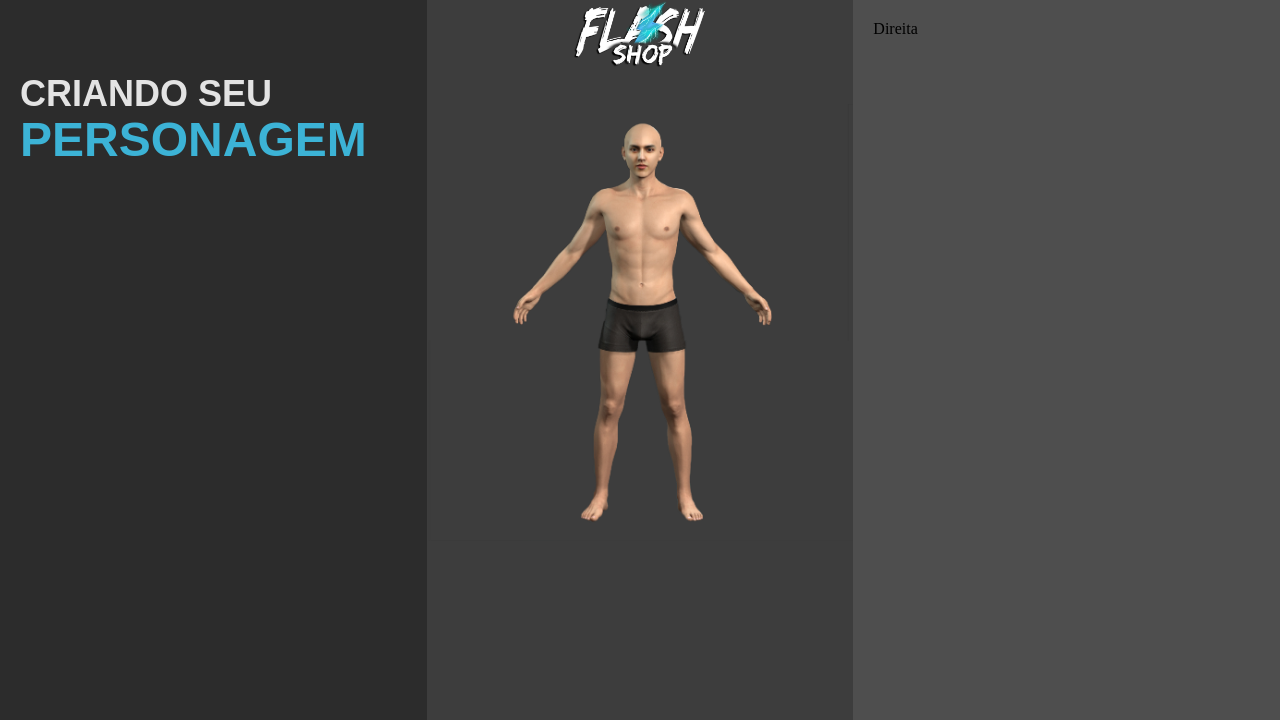
Repository: DuMCorrea/CriandoPerso
Page: index.html
These files come from the project's save history. The page is drawn as it stood at one moment and after the next save; the edit follows.
The browser window is 1280 px wide. The pictures show the whole page.

Above is the page before, as saved 2024-08-27 20:53:47.

After the next save:
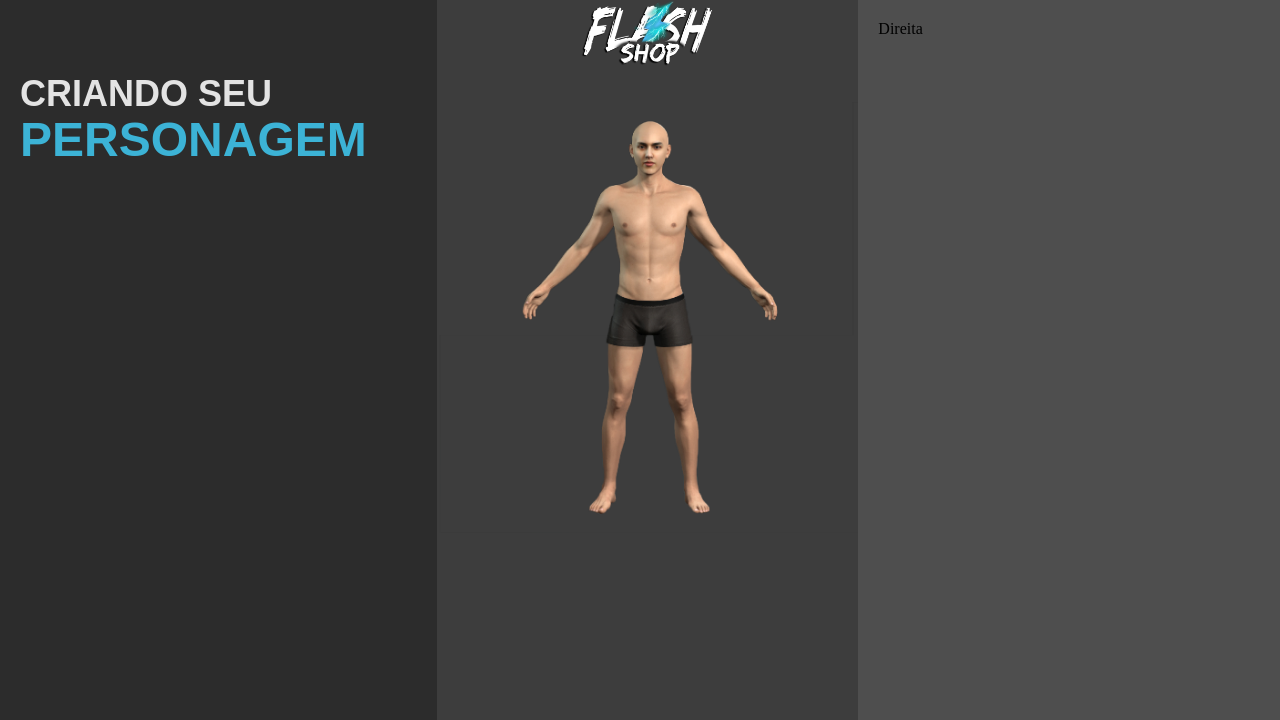
Saved 26 s later.
--- a/styles.css
+++ b/styles.css
@@ -36,7 +36,7 @@
 }
 
 .title {
-    margin: 50px 0 0 0; /* Adiciona margem superior para mover o título para baixo */
+    margin: 50px 50px 0 0; /* Adiciona margem superior para mover o título para baixo */
     padding: 0;
 }
 
